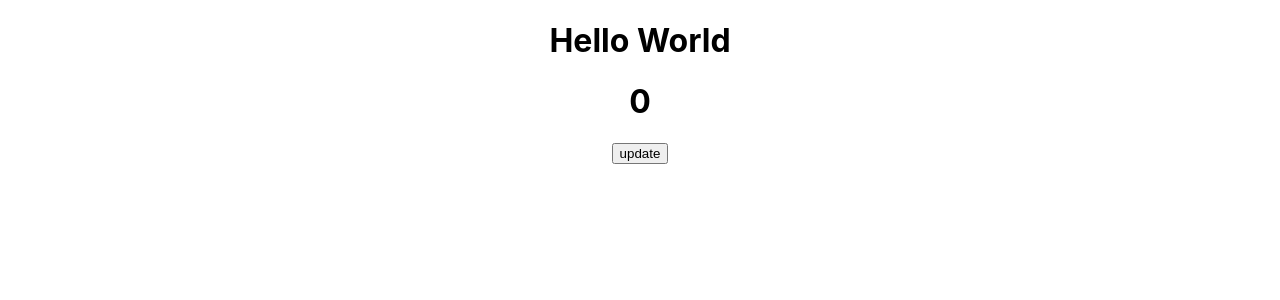
Repository: DeepikaSuretek/React
Page: / (app in practice-app/)
These files come from the project's save history. The page is drawn as it stood at one moment and after the next save; the edit follows.
The browser window is 1280 px wide. The pictures show the whole page.
The project was rebuilt for these pictures with package versions that can differ from the ones it lists, and the page was loaded fresh each time.

Above is the page before, as saved 2024-07-08 19:38:46.

### practice-app/src/App.js
import './App.css';
//import User from './class-component/class';
import User from './functional-component/function'

function App() {
  return (
    <div className="App">
     <h1>Hello World</h1>
     <User name="Deepika"/>
    </div>
  );
}

export default App;

### practice-app/src/App.css
.App {
  text-align: center;
}

.App-logo {
  height: 40vmin;
  pointer-events: none;
}

@media (prefers-reduced-motion: no-preference) {
  .App-logo {
    animation: App-logo-spin infinite 20s linear;
  }
}

.App-header {
  background-color: #282c34;
  min-height: 100vh;
  display: flex;
  flex-direction: column;
  align-items: center;
  justify-content: center;
  font-size: calc(10px + 2vmin);
  color: white;
}

.App-link {
  color: #61dafb;
}

@keyframes App-logo-spin {
  from {
    transform: rotate(0deg);
  }
  to {
    transform: rotate(360deg);
  }
}

.loader{
  height: 100px;
  width: 100px;
  border: 8px solid;
  border-color: black black black red;
  border-radius: 50%;
  animation: App-logo-spin 2s linear infinite;
}

### practice-app/src/functional-component/function.js
import { useState } from "react";

function User() {
    const [count,setCount] = useState(0);
    function updateCount(){
       setCount(count+1);
    }
    return(
        <div>
            <h1>{count} </h1>
            <button onClick={updateCount}>update</button>
        </div>

    )
}

export default User;

Loaded but not shown: practice-app/public/index.html (common file); practice-app/src/index.js (common file); practice-app/src/index.css (common file); practice-app/src/reportWebVitals.js (common file)

After the next save:
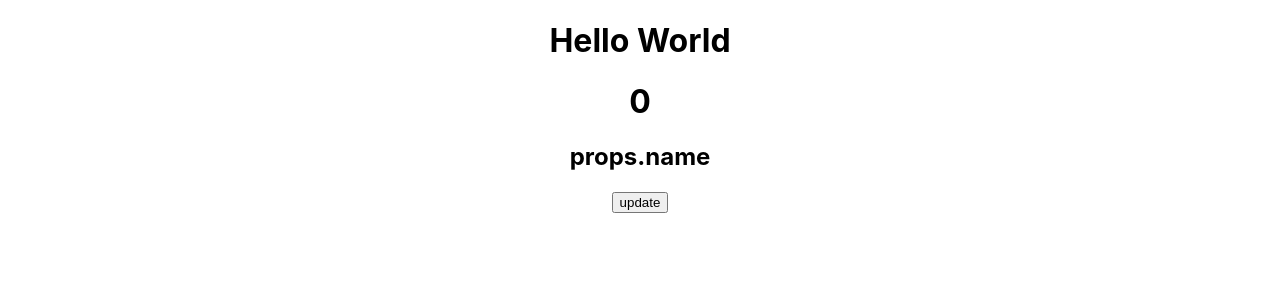
Saved 19 s later.
--- a/practice-app/src/functional-component/function.js
+++ b/practice-app/src/functional-component/function.js
@@ -8,6 +8,7 @@
     return(
         <div>
             <h1>{count} </h1>
+            <h2>props.name</h2>
             <button onClick={updateCount}>update</button>
         </div>
 

After the 3 saves that followed:
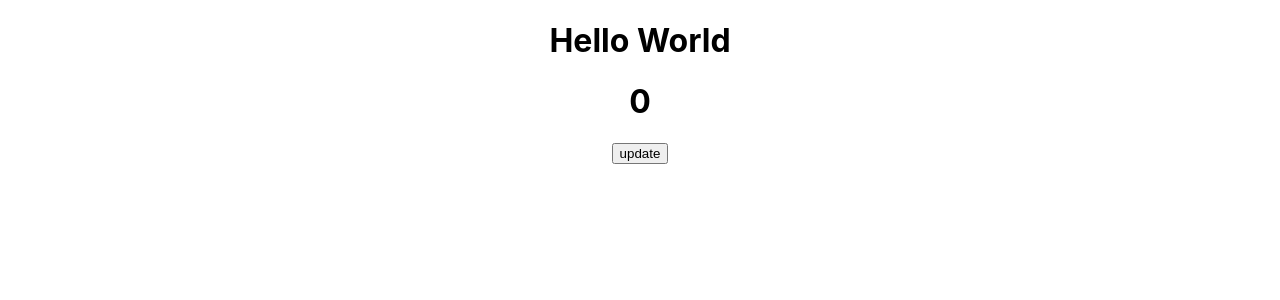
The 3 saves are shown as one change because 2 did not build or start.
The last was saved 93 s later.
--- a/practice-app/src/functional-component/function.js
+++ b/practice-app/src/functional-component/function.js
@@ -1,6 +1,6 @@
 import { useState } from "react";
 
-function User() {
+function Fun() {
     const [count,setCount] = useState(0);
     function updateCount(){
        setCount(count+1);
@@ -8,11 +8,11 @@
     return(
         <div>
             <h1>{count} </h1>
-            <h2>props.name</h2>
+            <h2>{}</h2>
             <button onClick={updateCount}>update</button>
         </div>
 
     )
 }
 
-export default User;
+export default Fun;
